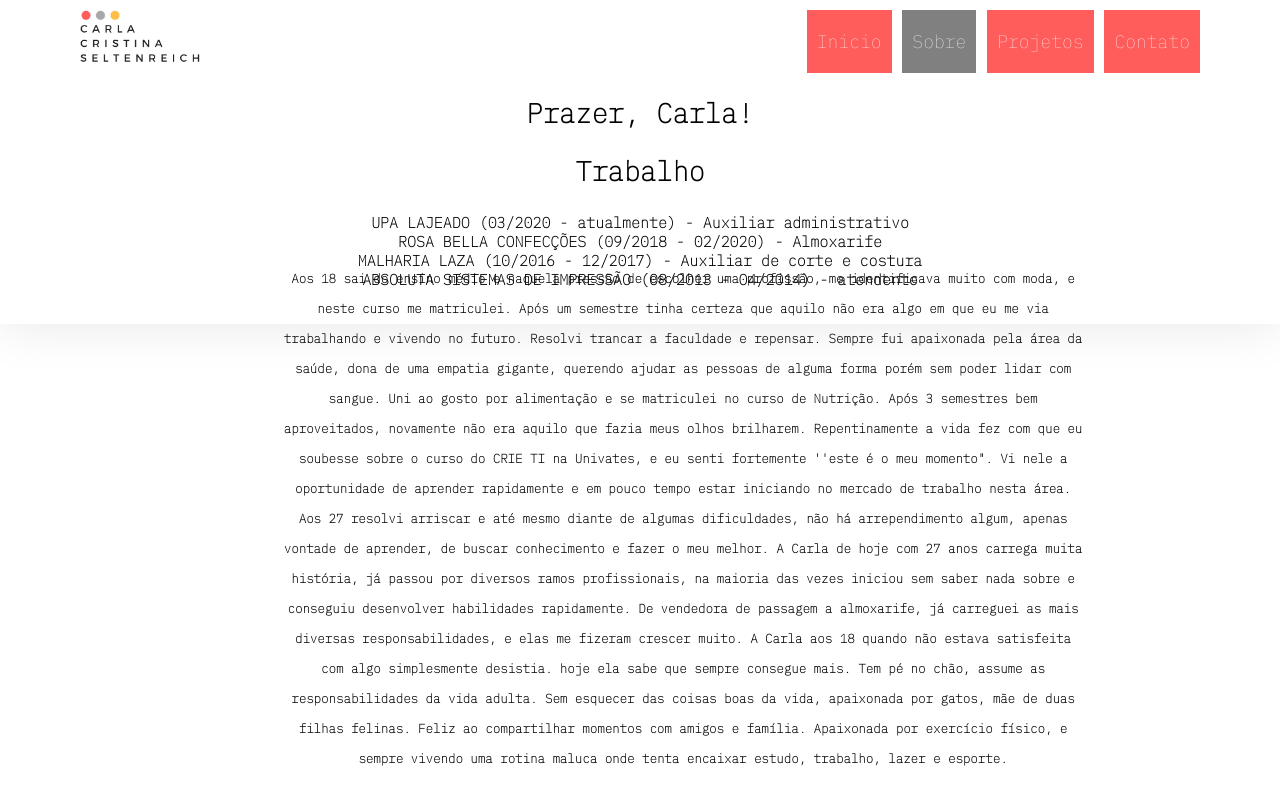
Repository: carla-seltenreich/portfolio
Page: about.html
An editor plug-in stored every save of this project. The page is shown before and after the next save, followed by the edit.
The browser window is 1280 px wide. The pictures show the whole page.

Above is the page before, as saved 2022-05-26 03:42:35.

### about.html
<!DOCTYPE html>
<html lang="en">

<head>
    <meta charset="UTF-8">
    <meta http-equiv="X-UA-Compatible" content="IE=edge">
    <meta name="viewport" content="width=device-width, initial-scale=1.0">
    <title>Carla Cristina Seltenreich</title>
    <link rel="preconnect" href="https://fonts.googleapis.com">
    <link rel="preconnect" href="https://fonts.gstatic.com" crossorigin>
    <link rel="stylesheet" href="style.css">

    <link href="preconnect" href="https://fonts.googleapis.com">
    <link rel="preconnect" href="https://fonts.gstatic.com" crossorigin>
    <link href="https://fonts.googleapis.com/css2?family=IBM+Plex+Mono:wght@100&family=Questrial&display=swap"
        rel="stylesheet">
</head>

<body>
    <header class="header">
        <div class="container header-container">
            <a href="index.html"><img src="Carla cristina sELTENREICH.jpg" alt="logo" class="brand"></a>
            <ul class="nav">
                <li>
                    <a href="index.html">Inicio</a>
                </li>
                <li>
                    <a href="about.html" class="active">Sobre</a>
                </li>
                <li>
                    <a href="project.html">Projetos</a>
                </li>
                <li>
                    <a href="contact.html">Contato</a>
                </li>
            </ul>
        </div>
        <section>
            <h1>Prazer, Carla!</h1>
            <div class="about-me-text">
                <h5>Aos 18 sai do ensino médio e naquela pressão de escolher uma profissão, me identificava muito com
                    moda, e neste curso me matriculei. Após um semestre tinha certeza que aquilo não era algo em que eu
                    me via trabalhando e vivendo no futuro. Resolvi trancar a faculdade e repensar.
                    Sempre fui apaixonada pela área da saúde, dona de uma empatia gigante, querendo ajudar as pessoas de
                    alguma forma porém sem poder lidar com sangue. Uni ao gosto por alimentação e se matriculei no curso
                    de Nutrição. Após 3 semestres bem aproveitados, novamente não era aquilo que fazia meus olhos
                    brilharem.
                    Repentinamente a vida fez com que eu soubesse sobre o curso do CRIE TI na Univates, e eu senti
                    fortemente ''este é o meu momento". Vi nele a oportunidade de aprender rapidamente e em pouco tempo
                    estar iniciando no mercado de trabalho nesta área.
                    Aos 27 resolvi arriscar e até mesmo diante de algumas dificuldades, não há arrependimento algum,
                    apenas vontade de aprender, de buscar conhecimento e fazer o meu melhor.

                    A Carla de hoje com 27 anos carrega muita história, já passou por diversos ramos profissionais, na
                    maioria das vezes iniciou sem saber nada sobre e conseguiu desenvolver habilidades rapidamente. De
                    vendedora de passagem a almoxarife, já carreguei as mais diversas responsabilidades, e elas me
                    fizeram crescer muito.
                    A Carla aos 18 quando não estava satisfeita com algo simplesmente desistia. hoje ela sabe que sempre
                    consegue mais. Tem pé no chão, assume as responsabilidades da vida adulta.

                    Sem esquecer das coisas boas da vida, apaixonada por gatos, mãe de duas filhas felinas.
                    Feliz ao compartilhar momentos com amigos e família. Apaixonada por exercício físico, e sempre
                    vivendo uma rotina maluca onde tenta encaixar estudo, trabalho, lazer e esporte.
                </h5>
            </div>
        </section>
        <section>
            <div class="work">
            <h2>Trabalho</h2>

            <h5>UPA LAJEADO (03/2020 - atualmente) - Auxiliar administrativo<br>
                ROSA BELLA CONFECÇÕES (09/2018 - 02/2020) - Almoxarife<br>
                MALHARIA LAZA (10/2016 - 12/2017) - Auxiliar de corte e costura<br>
                ABSOLUTA SISTEMAS DE IMPRESSÃO (08/2013 - 04/2014) - atendente<br>
            </h5></div>

        </section>
    </header>

### style.css
body {
    font-family: 'IBM Plex Mono';
    font-size: 18px;
    padding-top: 120px;
    margin: 0;
}

.container {
    max-width: 1120px;
    margin: 0 auto;
}

.header {
    background: #fff;
    position: absolute;
    width: 100%;
    text-align: center;
    top: 0;
    z-index: 1;
    padding: 10px 0;
    box-shadow: 0 0 50px rgba(0, 0, 0, 0.1);
    box-sizing: border-box;
    align-items: center;
}

.brand {
    max-width: 120px;
}

.nav {
    margin: 0;
    padding: 0;
    list-style: none;
}

.nav li {
    background-color: #ff5c5c;
    display: inline-block;
}

.nav a {
    color: #fff;
    display: block;
    padding: 5px;
    text-decoration: none;
}

.nav a:hover {
    color: gray;

}

.nav a.active {
    color: #fff;
    background: gray;
}

.name {
    padding: 7px;
}

.name-title {
    text-align: center;
    font-size: 30px;
}


.photo-banner {
    background-color: #ff5c5c;
    width: 500px;
    display: block;
    max-width: 100%;
    margin: 0 auto;
    border-radius: 8px;
}

.lastest-projects-home {
    background-color: #ff5c5c;
    color: #fff;
    padding: 50px;
    position: center;
}

.logo-project {
    width: 30px;
    height: 30px;
}

.text-about-home {
    margin: 90px;
    font-style: normal;
    font-weight: 400;
    font-size: 15px;
    line-height: 30px;
    max-width: 100%;
    border-radius: 8px;
    /* or 200% */

    display: block;
    align-items: center;
}

.about-me-text {
    position: absolute;
    width: 800px;
    height: 570px;
    left: 283px;
    top: 233px;
    font-style: normal;
    font-weight: 400;
    font-size: 15px;
    line-height: 30px;
    /* or 200% */

    display: flex;
    align-items: center;
}

.work-text {
    margin: 90px;
    top: 808px;
    font-style: normal;
    font-weight: 400;
    font-size: 15px;
    line-height: 30px;
    border-radius: 8px;
    /* or 200% */

    display: inline-block;
    align-items: center;
}

.title-project {
    position: absolute;
    width: 800px;
    height: 57px;
    left: 283px;
    top: 156px;

    font-style: normal;
    font-weight: 600;
    font-size: 44px;
    line-height: 57px;
    display: flex;
    align-items: center;
}

.text-project {
    position: absolute;
    width: 800px;
    height: 120px;
    left: 283px;
    top: 233px;
    font-style: normal;
    font-weight: 400;
    font-size: 20px;
    line-height: 30px;
    /* or 200% */

    display: flex;
    align-items: center;

    color: black;
}

.footer {
    color: #fff;
    background: grey;
    padding: 30px 0;
    text-align: center;
}

.footer-container {
    display: block;
    justify-content: center;
}

.footer-contact a {
    display: block;
    color: #fff;
    text-decoration: none;
}

.social-medias li {
    display: inline-block;
}

.social-medias a {
    display: block;
    font-size: 25px;
    padding: 20px 10px;

}

.logo-socialmedia {
    width: 20px;
    padding: 10px;
    cursor: pointer;

}

.social-medias a:hover img {
    transform: rotate3d(10deg);
    transition: .3s;
}

.footer-contact address {
    margin-bottom: 20px;
}

.copyright {
    font-size: 12px;
    margin-top: 20px;
}

@media screen and (min-width: 768px) {
    body {
        padding-top: 80px;
    }

    .header-container {
        display: flex;
        justify-content: space-between;
    }

    .nav a {
        padding: 20px 10px;
    }
}

After the next save:
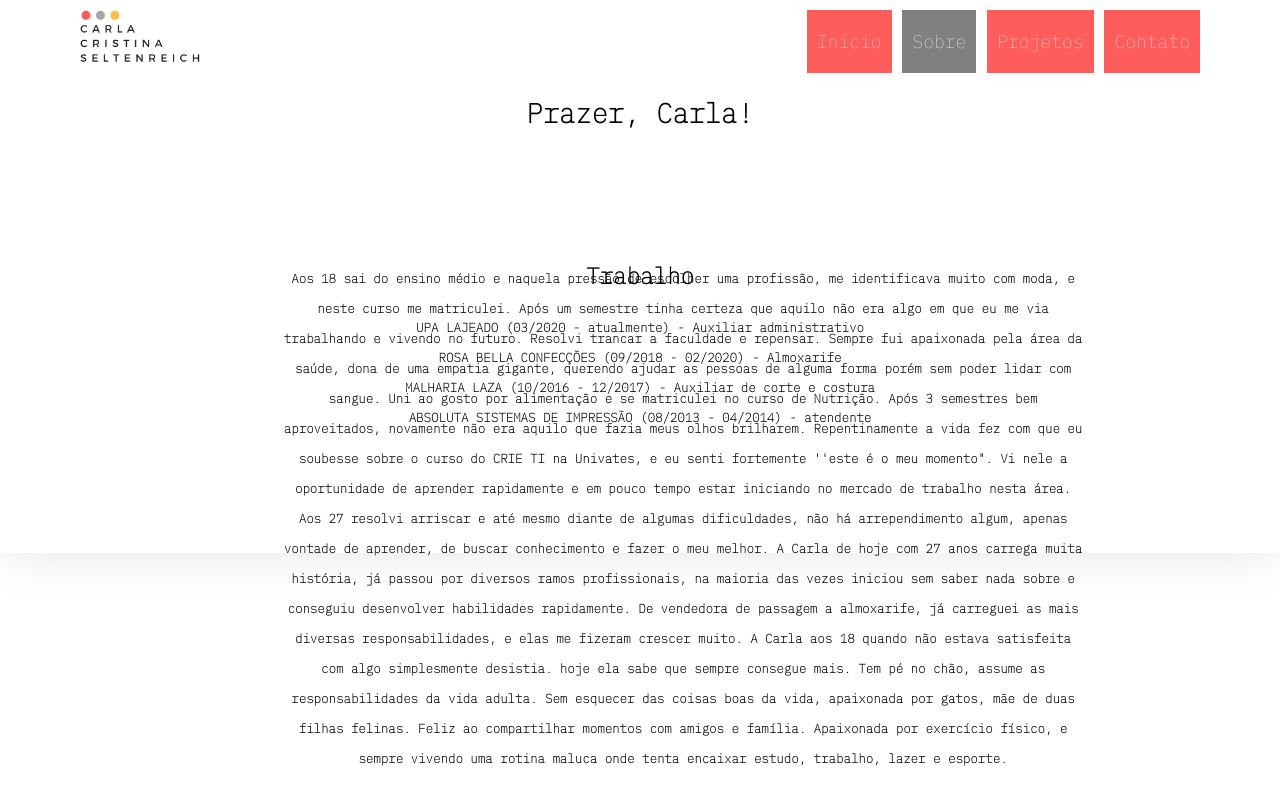
Saved 55 s later.
--- a/about.html
+++ b/about.html
@@ -64,10 +64,9 @@
                 </h5>
             </div>
         </section>
-        <section>
-            <div class="work">
+        <section class="work">
+            <div class="work-text">
             <h2>Trabalho</h2>
-
             <h5>UPA LAJEADO (03/2020 - atualmente) - Auxiliar administrativo<br>
                 ROSA BELLA CONFECÇÕES (09/2018 - 02/2020) - Almoxarife<br>
                 MALHARIA LAZA (10/2016 - 12/2017) - Auxiliar de corte e costura<br>
